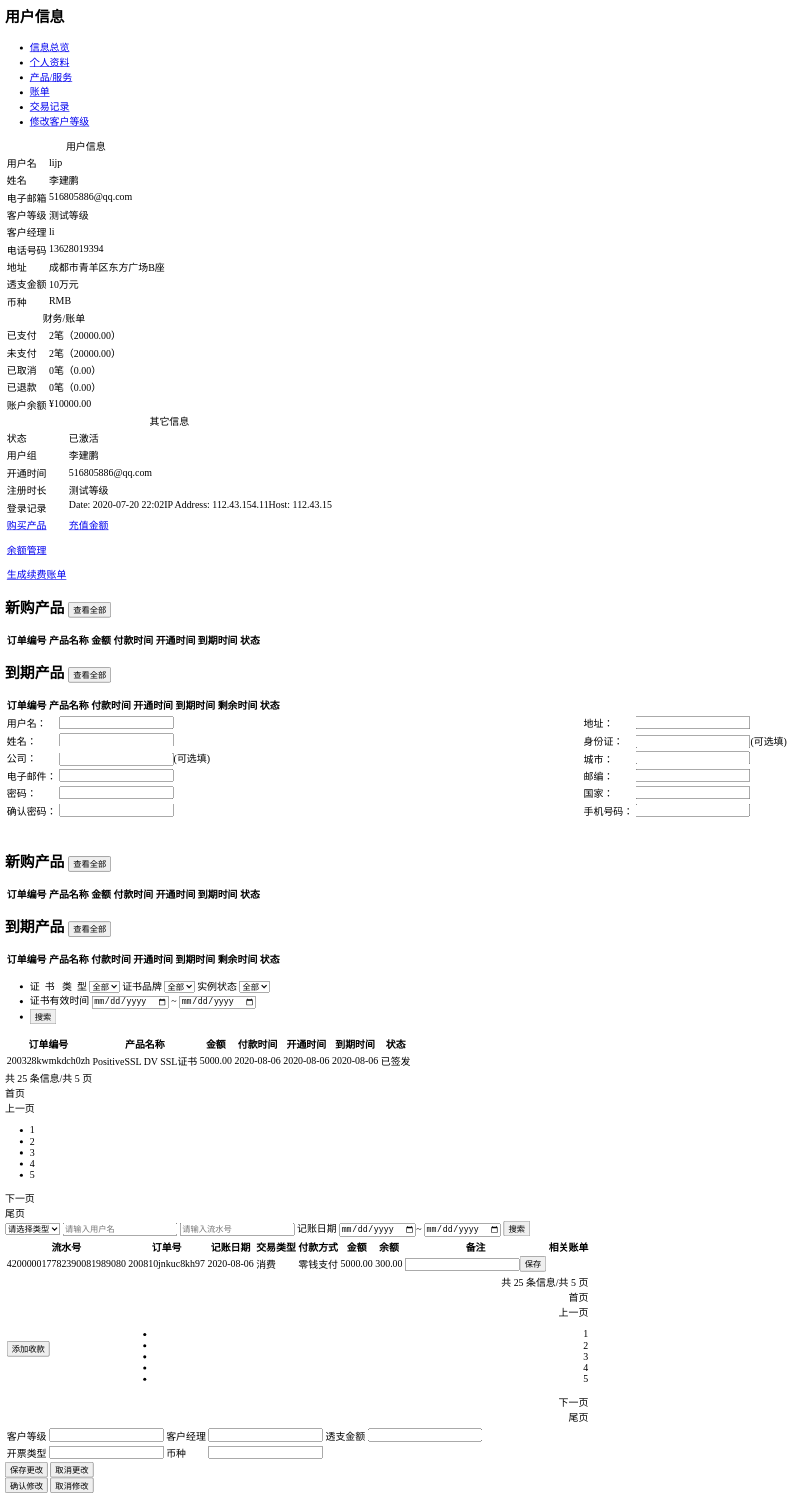
Repository: wangyan466393/racentSystem
Page: customerData.html
These files come from the project's save history. The page is drawn as it stood at one moment and after the next save; the edit follows.
The browser window is 1280 px wide. The pictures show the whole page, at 62% of full size.

Above is the page before, as saved 2020-08-13 18:27:16.

After the next save:
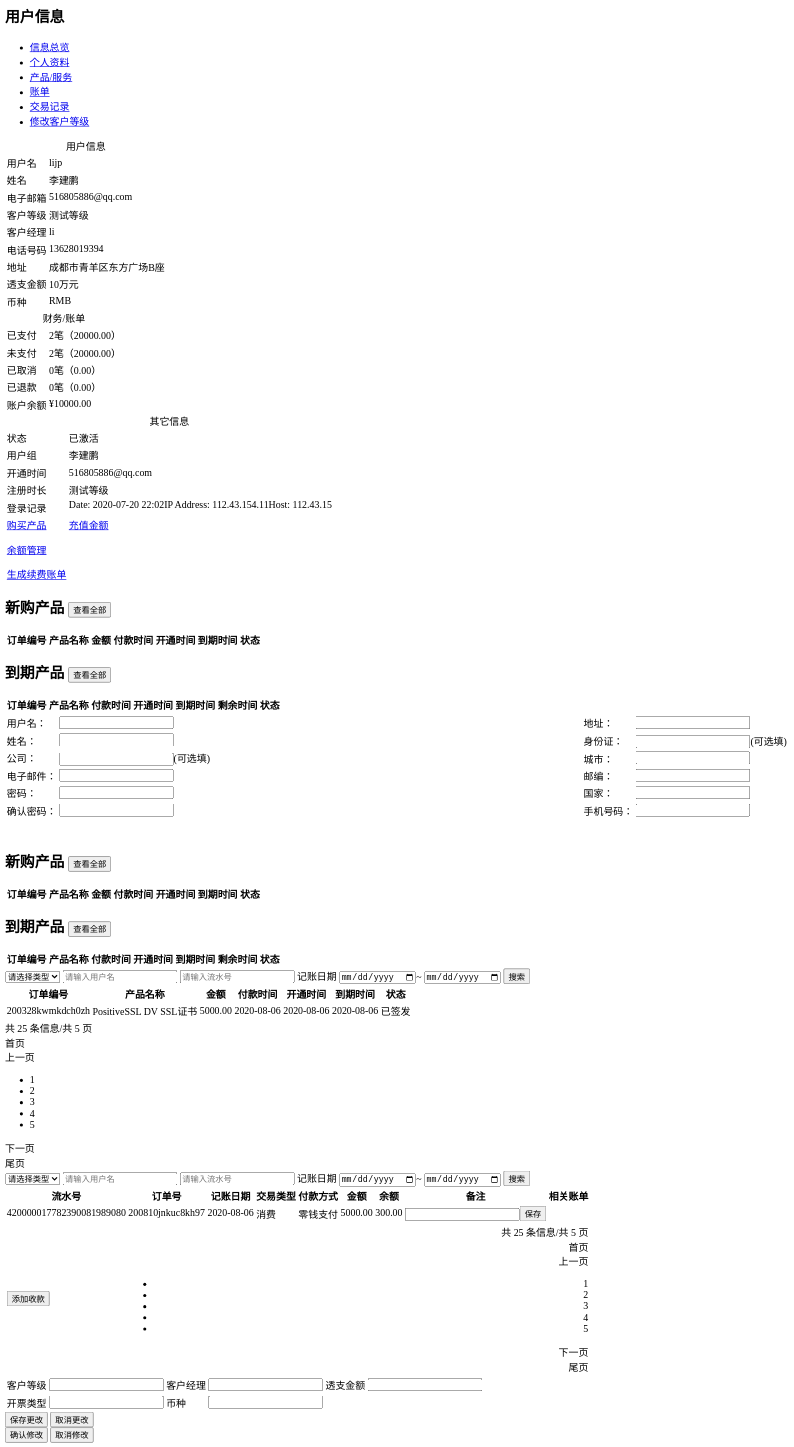
Saved 77 s later.
--- a/customerData.html
+++ b/customerData.html
@@ -292,35 +292,26 @@
         <!-- 账单 -->
         <div class="order_content bill">
             <div>
-                <div class="bill_inp">
-                    <ul>
-                        <li>
-                            <span>
-                                <label>证&nbsp;&nbsp;书&nbsp;&nbsp;&nbsp;类&nbsp;&nbsp;型</label>
-                                <select name="" id="">
-                                    <option value="">全部</option>
-                                </select>
-                            </span>
-                            <span>证书品牌
-                                <select name="" id="">
-                                    <option value="">全部</option>
-                                </select>
-                            </span>
-                            <span>实例状态
-                                <select name="" id="">
-                                    <option value="">全部</option>
-                                </select>
-                            </span>
-                        </li>
-                        <li>
-                            证书有效时间
-                            <input type="date"> ~
-                            <input type="date">
-                        </li>
-                        <li>
-                            <button type="button">搜索</button>
-                        </li>
-                    </ul>
+                <div class="order_search">
+                    <span>
+                        <select name="" id="sel_val">
+                            <option value="all">请选择类型</option>
+                        </select>
+                    </span>
+                    <span>
+                        <input type="text" placeholder="请输入用户名" >
+                    </span>
+                    <span>
+                        <input type="text" placeholder="请输入流水号">
+                    </span>
+                    <span>
+                        记账日期
+                        <input type="date" value="付款日期"">~
+                        <input type="date" value="付款日期"">
+                </span>
+                <span>
+                    <button type=" button" id="order_search">搜索</button>
+                    </span>
                 </div>
                 <div class="table_box bill_tabledata">
                     <table id="bill_data" class="table_datastyle">
